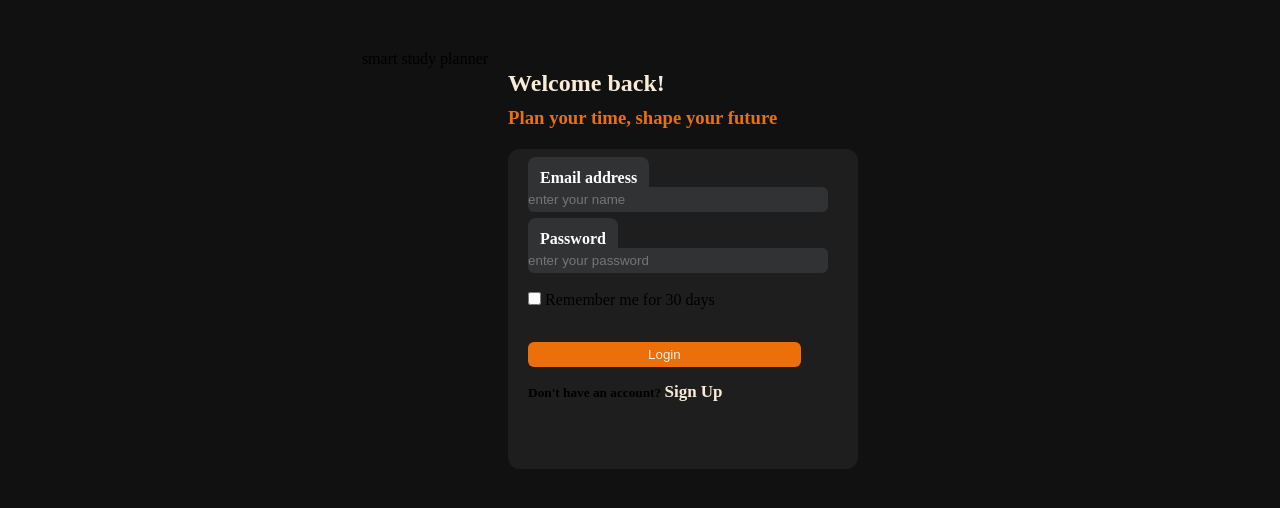
Repository: HaifaBaderBinDuhaim/web
Page: Frontend/logIn.html
An editor plug-in stored every save of this project. The page is shown before and after the next save, followed by the edit.
The browser window is 1280 px wide. The pictures show the whole page.

Above is the page before, as saved 2026-04-06 23:43:39.

After the next save:
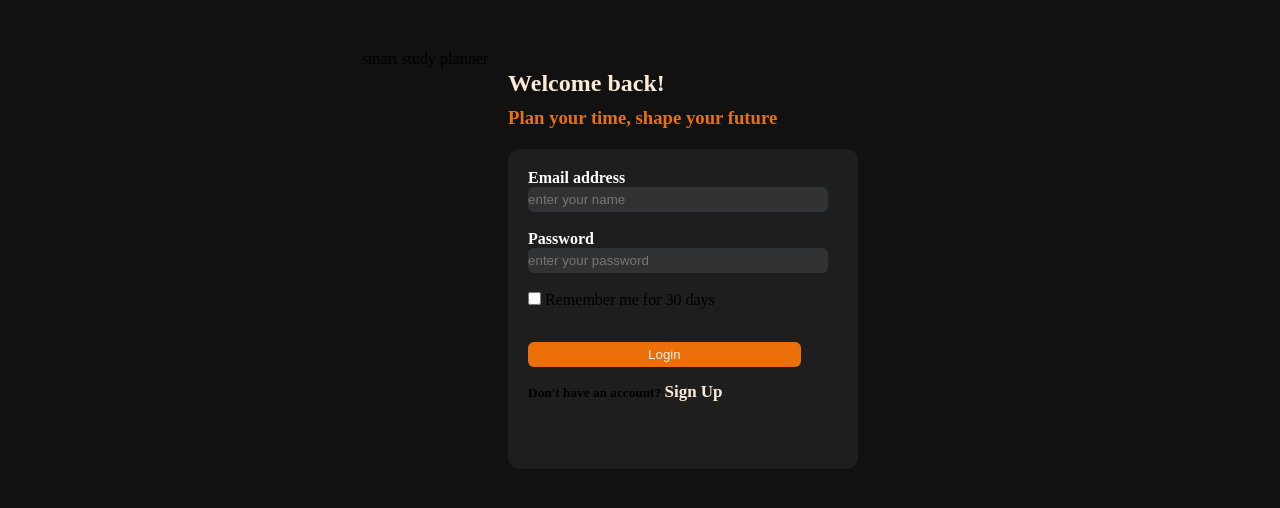
Saved 27 s later.
--- a/Frontend/styleLogin.css
+++ b/Frontend/styleLogin.css
@@ -70,10 +70,6 @@
   color: #ffffff;
   font-weight: bold;
   margin-bottom: 20px;
-  width: 100%;
-  padding: 12px;
-  border-radius: 8px;
-  background-color: #303234;
 }
 
 /*
